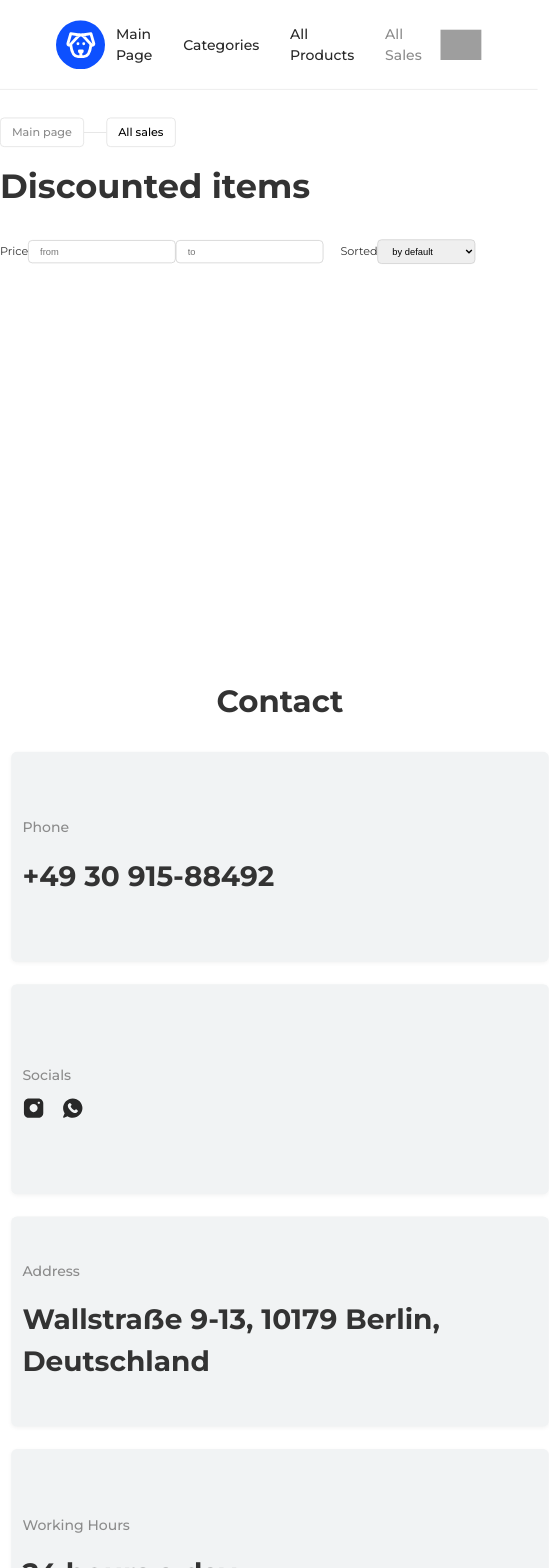
Repository: jursylian/PET-INTERNET-SHOP-PROJECT
Page: /discounts
The author's editor kept a copy of each file at every save. The page is drawn from the files as they stood at one save, then again after the next save.
The browser window is 768 px wide. The page is 784 px wide, so the pictures cover 784 px, including what lies to the right of the window. The pictures show the part of the page from y = 0 to 2240 px (the page is 2712 px tall), at 70% of full size.
Pictures or frames that could not be fetched are drawn as grey boxes. The page's requests for data from a server got no answer. The project was rebuilt for these pictures with package versions that can differ from the ones it lists, and the page was loaded fresh each time. No one was signed in, and anything a server would have sent is missing. Also part of the build but not shown: vite.config.js, src/components/Categories/Categories.module.css, src/components/Categories/Categories.jsx, src/components/PromoBanner/PromoBanner.module.css, src/components/PromoBanner/PromoBanner.jsx, src/ui/Input/Input.module.css, src/ui/Input/Input.jsx, src/ui/Button/Button.module.css and 29 more.

Above is the page before, as saved 2025-11-06 19:04:08.

After the next save:
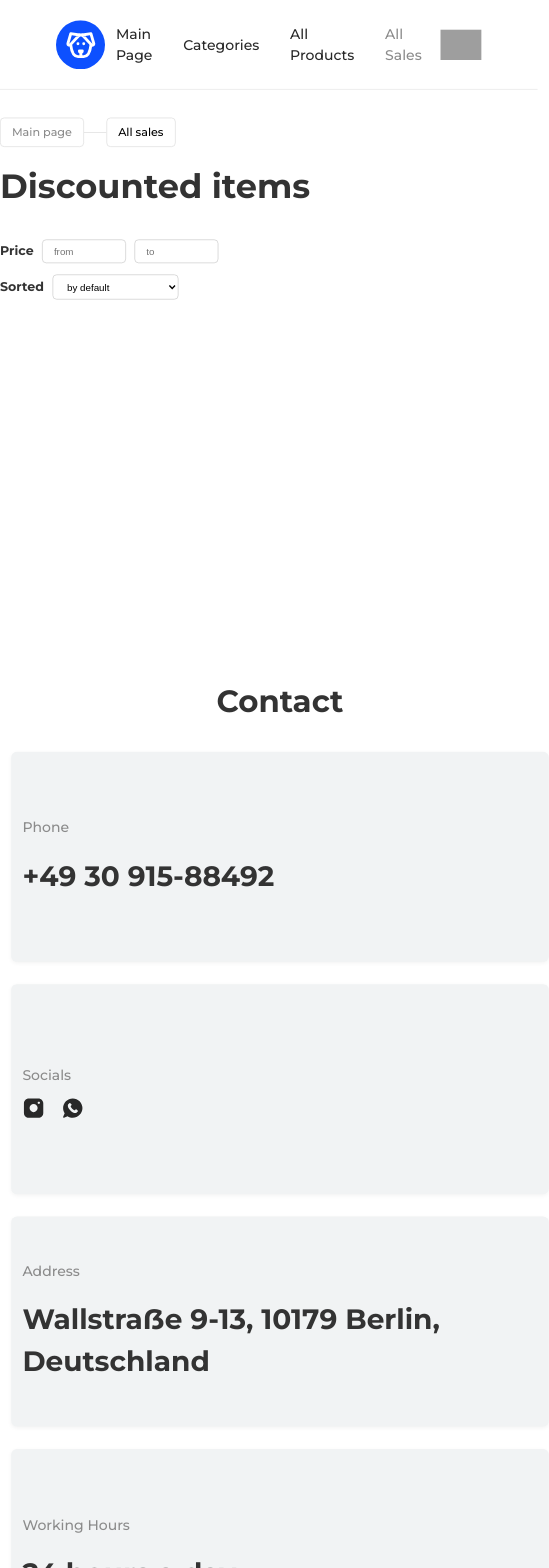
Saved 104 s later.
--- a/src/components/ProductFilter/ProductFilter.module.css
+++ b/src/components/ProductFilter/ProductFilter.module.css
@@ -1,75 +1,128 @@
+/* === Основной контейнер фильтров === */
 .filters {
   display: flex;
+  align-items: center;
+  flex-wrap: wrap;
   gap: 24px;
   margin-bottom: 40px;
-  align-items: center;
 }
 
+/* === Общие стили для всех input и select === */
 .filters input,
 .filters select {
   padding: 8px 16px;
   border: 1px solid #ccc;
   border-radius: 6px;
+  background-color: #fff;
+  font-size: 14px;
+  transition: all 0.2s ease;
 }
 
-.priceGroup {
+/* Hover / Focus состояния */
+.filters input:hover,
+.filters select:hover {
+  border-color: #2451c6;
+}
+
+.filters input:focus,
+.filters select:focus {
+  outline: none;
+  border-color: #2451c6;
+  box-shadow: 0 0 0 2px rgba(36, 81, 198, 0.15);
+}
+
+/* === Блок цены === */
+.filterPriceGroup {
   display: flex;
   align-items: center;
   gap: 8px;
 }
 
-.priceInput {
+.filterInput {
   width: 100px;
-  padding: 6px 12px;
   font-size: 14px;
 }
 
-.filterGroup {
+/* === Блок чекбокса "Discounted items" === */
+.filterCheckboxGroup {
   display: flex;
   align-items: center;
-  gap: 1px;
-  margin-left: 40px;
-  margin-right: 40px;
+  gap: 12px;
+  margin-left: 32px;
+  margin-right: 32px;
 }
 
-.titletDry {
-  font-weight: 700;
-  font-style: Bold;
-  font-size: 64px;
-
-  line-height: 110.00000000000001%;
-  letter-spacing: 0%;
-  margin-bottom: 40px;
+/* === Чекбокс === */
+.checkbox {
+  appearance: none;
+  width: 24px;
+  height: 24px;
+  border: 2px solid #ccc;
+  border-radius: 6px;
+  cursor: pointer;
+  position: relative;
+  transition: border-color 0.2s ease, background-color 0.2s ease;
 }
 
-.checkbox {
-  appearance: none;
-  width: 32px;
-  height: 32px;
-  border: 2px solid #ccc;
-  border-radius: 6px;
+.checkbox:hover {
+  border-color: #2451c6;
+}
 
-  cursor: pointer;
-  position: relative;
+.checkbox:checked {
+  border-color: #2451c6;
+  background-color: #2451c6;
 }
 
 .checkbox:checked::after {
   content: "";
   position: absolute;
-  top: 6px;
-  left: 10px;
+  top: 5px;
+  left: 8px;
   width: 6px;
   height: 12px;
-  border: solid rgb(40, 87, 215);
+  border: solid #fff;
   border-width: 0 2px 2px 0;
   transform: rotate(45deg);
 }
 
-.labelName {
+/* === Блок сортировки === */
+.filterSortGroup {
+  display: flex;
+  align-items: center;
+  gap: 12px;
+}
+
+.filterSelect {
+  min-width: 180px;
+}
+
+/* === Текстовые подписи === */
+.filterLabel {
   font-weight: 600;
-  font-style: SemiBold;
-  font-size: 20px;
-  margin-right: 16px;
+  font-size: 18px;
   line-height: 130%;
   letter-spacing: 0%;
+  color: #333;
 }
+
+/* === Адаптив === */
+@media (max-width: 768px) {
+  .filters {
+    flex-direction: column;
+    align-items: flex-start;
+    gap: 16px;
+  }
+
+  .filterCheckboxGroup {
+    margin: 0;
+  }
+
+  .filterPriceGroup {
+    flex-wrap: wrap;
+    gap: 12px;
+  }
+
+  .filterInput {
+    width: 120px;
+  }
+}
